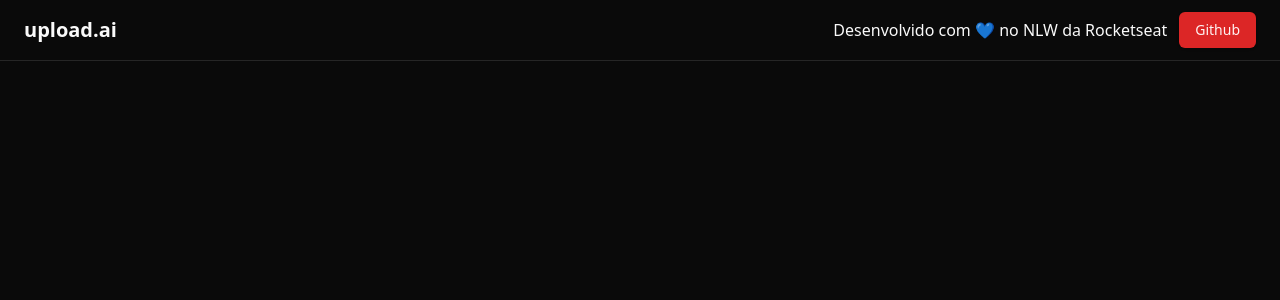
Repository: ricardolimati/upload-ai-web
Page: /
These files come from the project's save history. The page is drawn as it stood at one moment and after a run of saves; the edit follows.
The browser window is 1280 px wide. The pictures show the whole page.
The project was rebuilt for these pictures with package versions that can differ from the ones it lists, and the page was loaded fresh each time. Also part of the build but not shown: vite.config.ts.

Above is the page before, as saved 2023-09-11 23:09:43.

After the next 4 saves:
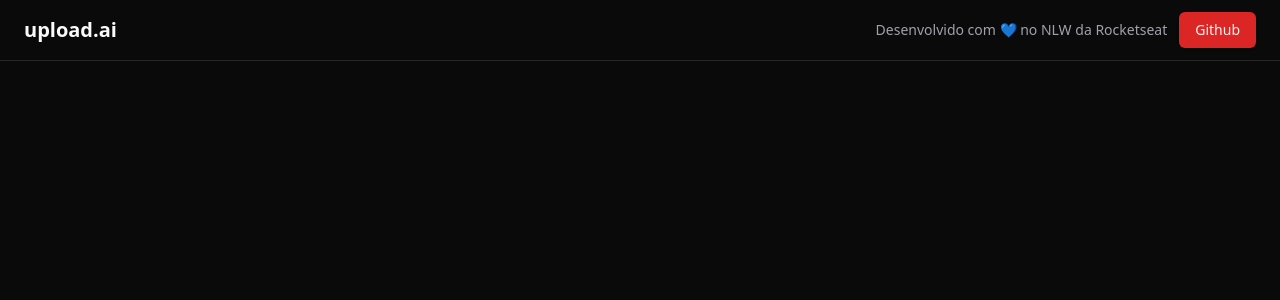
The 4 saves are shown as one change because they came seconds apart.
The last was saved 12 s later.
--- a/src/App.tsx
+++ b/src/App.tsx
@@ -6,7 +6,7 @@ export function App() {
     <div className="px-6 py-3 flex items-center justify-between border-b">
       <h1 className="text-xl font-bold">upload.ai</h1>
       <div className="flex items-center gap-3">
-        <span className="">Desenvolvido com 💙 no NLW da Rocketseat</span>
+        <span className="text-sm text-zinc-400">Desenvolvido com 💙 no NLW da Rocketseat</span>
         <Button>Github</Button>
       </div>
     </div>
